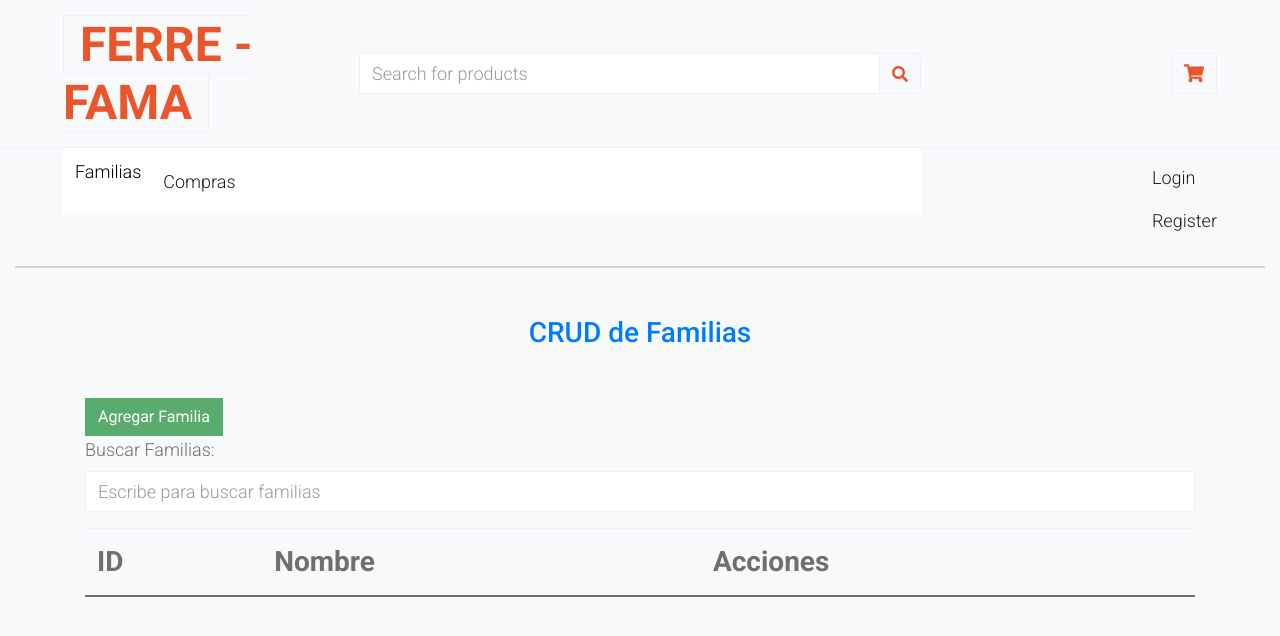
Repository: Yaqode/front-fama
Page: Views/Familias.html
The author's editor kept a copy of each file at every save. The page is drawn from the files as they stood at one save, then again after the next save.
The browser window is 1280 px wide. The pictures show the whole page.
The page's requests for data from a server got no answer. Some web fonts or font styles are not loaded; a fallback is used. Some web libraries are served in a nearby version.

Above is the page before, as saved 2023-12-19 11:27:25.

After the next save:
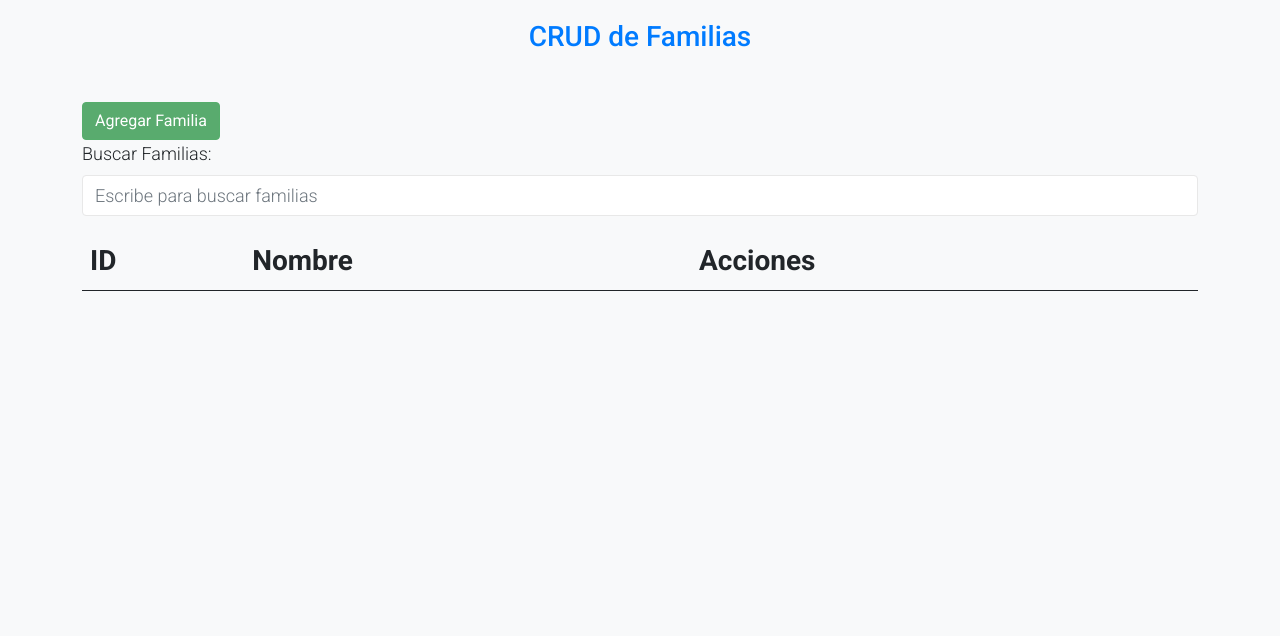
Saved 28 s later.
--- a/Views/Familias.html
+++ b/Views/Familias.html
@@ -88,17 +88,7 @@
     }
 </style>
 
-<!-- Script para cargar y agregar el contenido del header -->
-<script>
-    // Cargar el contenido del header.html usando fetch
-    fetch('header_admin.html')
-      .then(response => response.text())
-      .then(data => {
-        // Agregar el contenido al elemento body de la página actual
-        document.body.innerHTML = data + document.body.innerHTML;
-      })
-      .catch(error => console.error('Error al cargar el header:', error));
-  </script>
+
 
 
 
